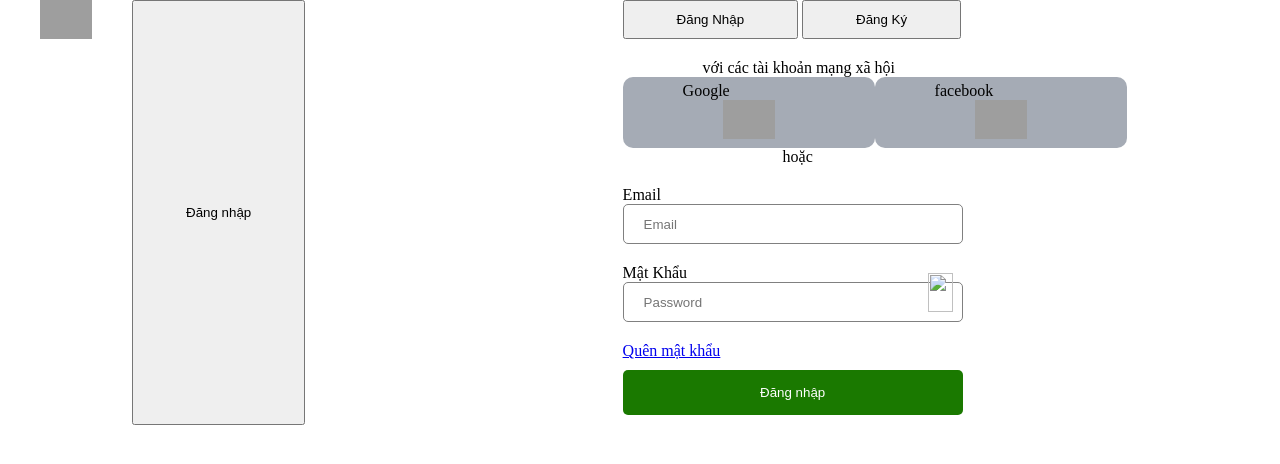
Repository: Dongnguyen318/Quydong
Page: Day 23/index.html
These files come from the project's save history. The page is drawn as it stood at one moment and after the next save; the edit follows.
The browser window is 1280 px wide. The pictures show the whole page.
Pictures or frames that could not be fetched are drawn as grey boxes.

Above is the page before, as saved 2023-09-08 20:11:59.

After the next save:
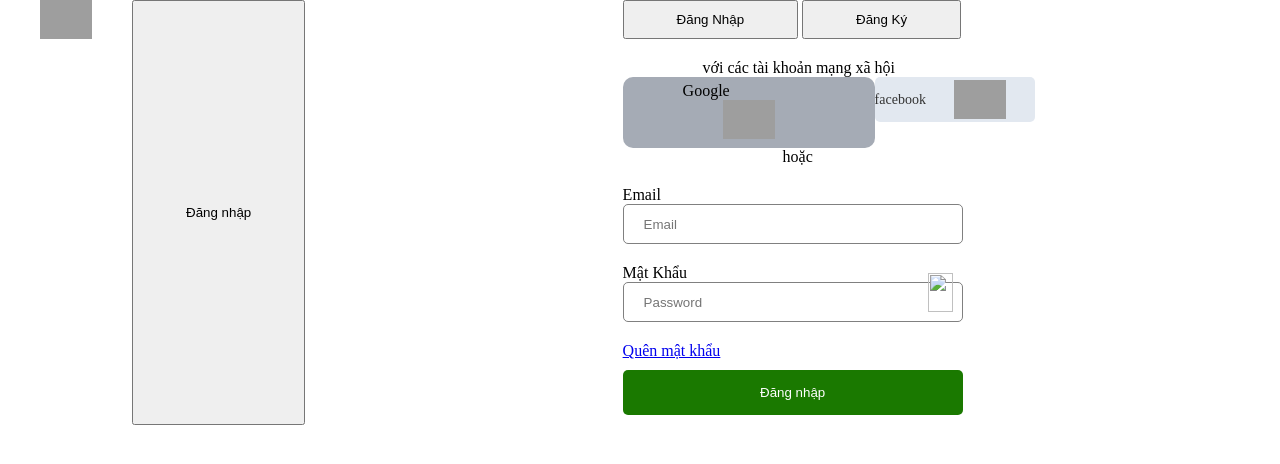
Saved 67 s later.
--- a/Day 23/assets/css.css
+++ b/Day 23/assets/css.css
@@ -91,3 +91,19 @@ img {
   margin-top: 10px;
   margin-bottom: 10px;
 }
+.facebook {
+  flex: 0 0 auto;
+  max-width: 100%;
+  width: calc(50% - 10px);
+  border: 0;
+  background: #e2e8f0 none;
+  border-radius: 5px;
+  display: flex;
+  align-items: center;
+  justify-content: center;
+  font-size: 14px;
+  line-height: 22px;
+  color: #333;
+  height: 45px;
+  padding: 0;
+}
